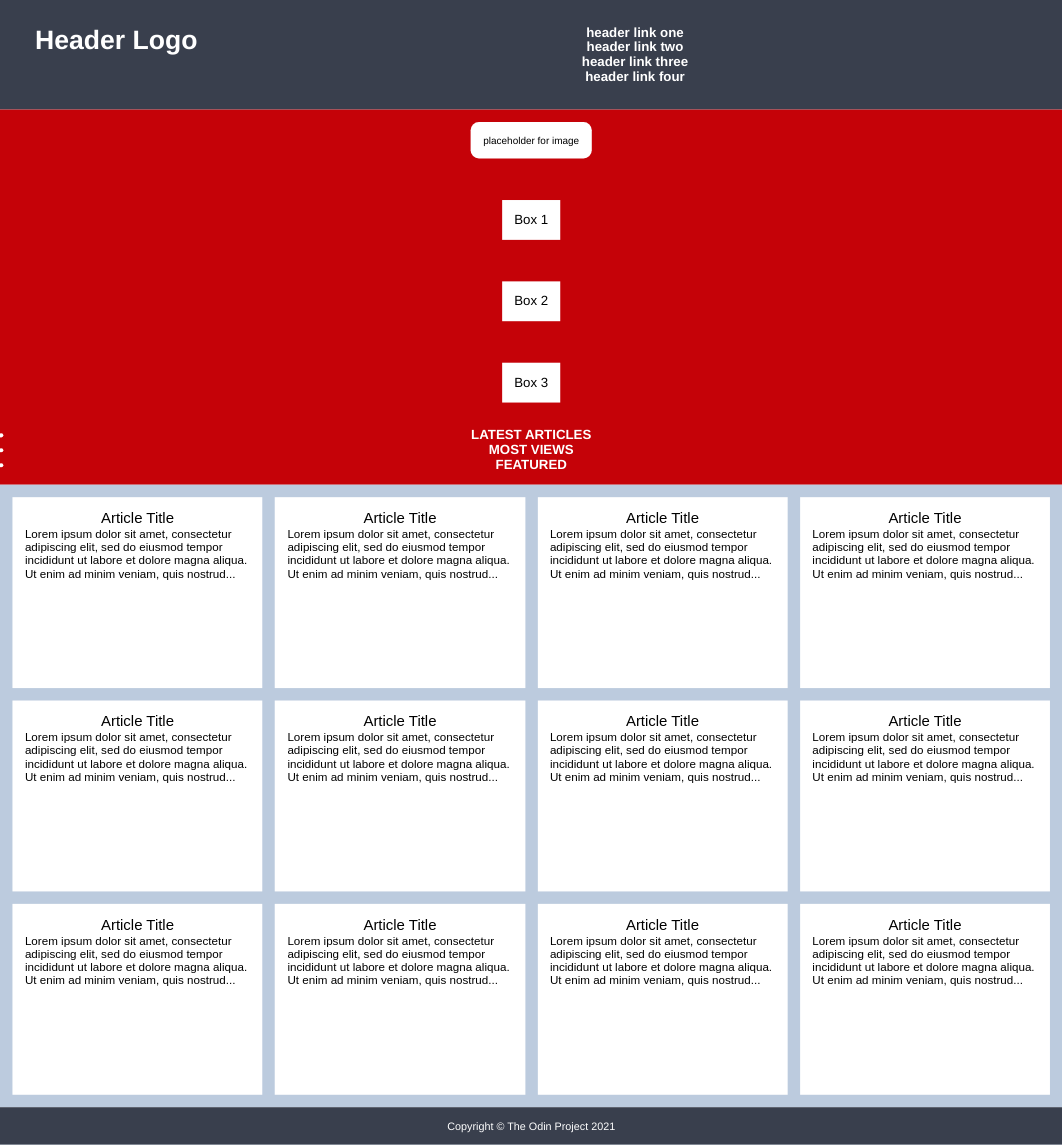
Repository: gkintu/css-exercises
Page: intermediate-html-css/advanced-grid/02-holy-grail-mockup/index.html
An editor plug-in stored every save of this project. The page is shown before and after the next save, followed by the edit.
The browser window is 1280 px wide. The pictures show the whole page, at 83% of full size.

Above is the page before, as saved 2025-03-04 08:53:41.

After the next save:
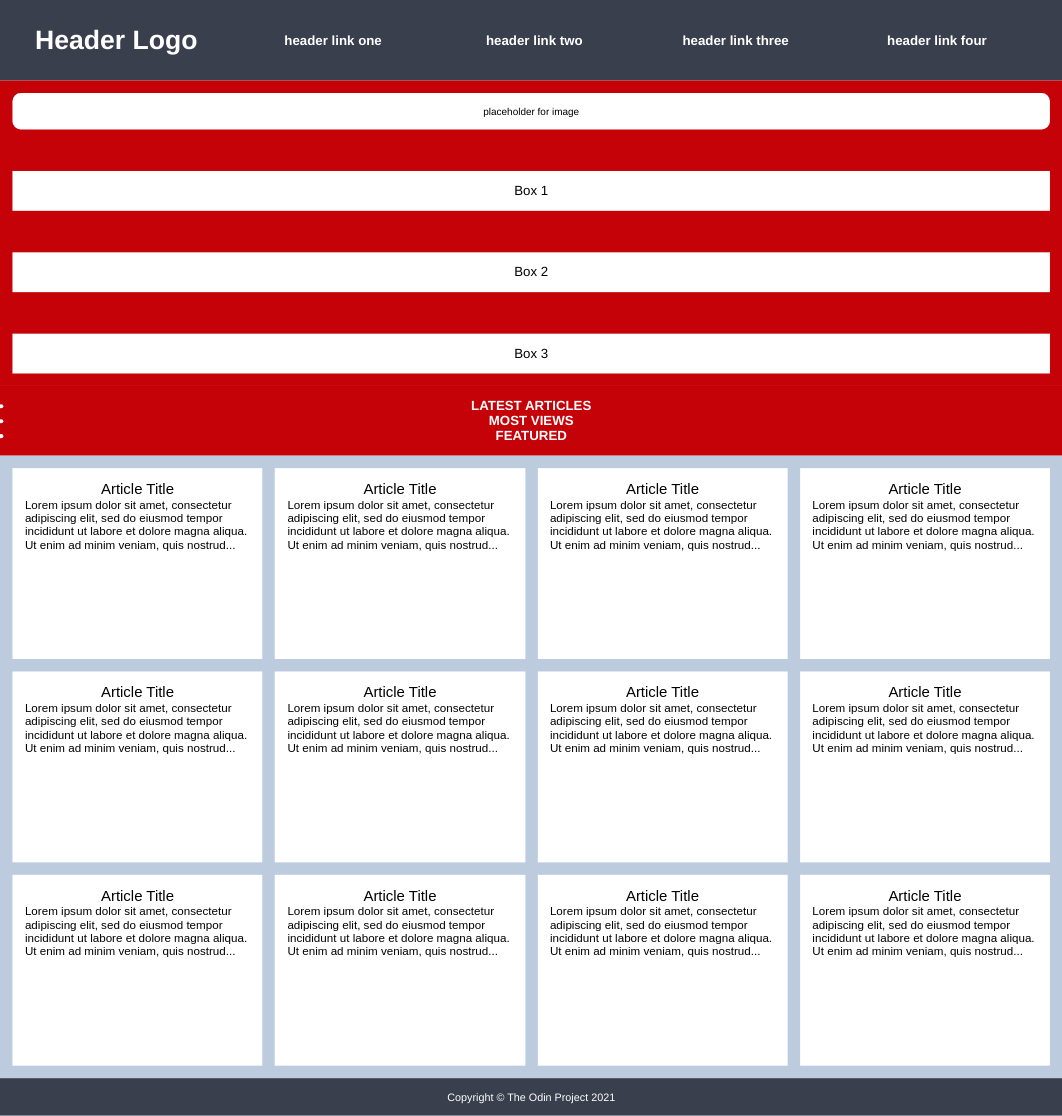
Saved 42 min 54 s later.
--- a/intermediate-html-css/advanced-grid/02-holy-grail-mockup/style.css
+++ b/intermediate-html-css/advanced-grid/02-holy-grail-mockup/style.css
@@ -7,9 +7,6 @@
   text-align: center;
   grid-template-columns: 1fr 4fr;
   gap: 4px;
-  grid-template-areas:
-
-  ;
 
 }
 
@@ -26,15 +23,19 @@
   background-color: #393f4d;
   display: grid;
   grid-template-columns: 1fr 4fr;
+  align-items: center;
 }
 
 .menu ul {
   display: grid;
   list-style-type: none;
+  grid-template-columns: repeat(4, 1fr);
+
 }
 
 .nav ul {
   display: grid;
+
 
 }
 
@@ -48,8 +49,12 @@
   background-color: #C50208;
   display:grid;
   gap: 50px;
+align-items: center;
+}
+
+.sidebar>div>p  {
+  align-items: left;
   justify-items: center;
-  align-items: center;
 }
 
 .sidebar .photo {
@@ -116,6 +121,7 @@
 
 .footer {
 
+
   background-color: #393f4d;
 
 }
